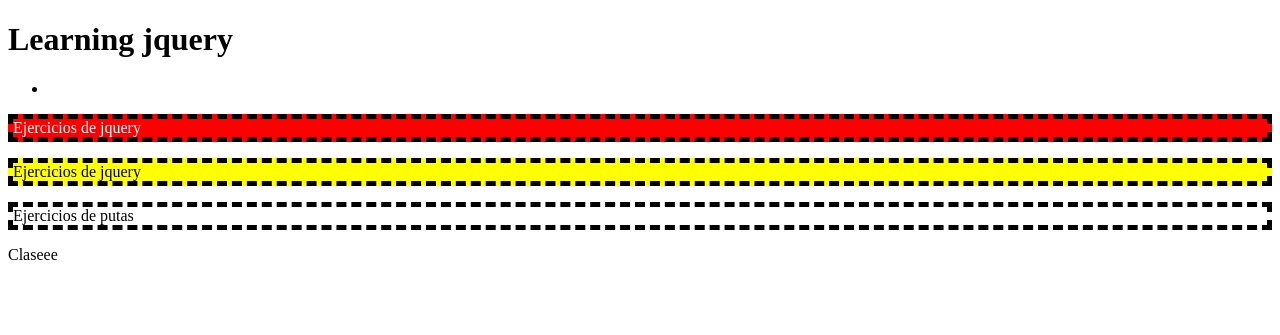
Repository: gitmadacode/practica_javascript
Page: Inicio/jquery/index.html
These files come from the project's save history. The page is drawn as it stood at one moment and after the next save; the edit follows.
The browser window is 1280 px wide. The pictures show the whole page.

Above is the page before, as saved 2019-09-13 18:51:47.

### Inicio/jquery/index.html
<!DOCTYPE html>
<html lang="en">
<head>
    <meta charset="UTF-8">
    <meta name="viewport" content="width=device-width, initial-scale=1.0">
    <meta http-equiv="X-UA-Compatible" content="ie=edge">
    <!--<script src="https://ajax.googleapis.com/ajax/libs/jquery/3.4.1/jquery.min.js"></script>--->
    <script type="text/javascript" src="../js/jquery.min.js"></script>
    <script type="text/javascript" src="../js/selectores.js"></script>
    <title>jquery</title>
    <h1>Learning jquery</h1>
    <ul>
        <li></li>
    </ul>
    <p id="rojo" class="zebra">Ejercicios de jquery</p>
    <p id="amarillo" class="zebra">Ejercicios de jquery</p>
    <p class="zebra">Ejercicios de putas</p>
    <p>Claseee</p>
</head>
<body>

</body>
</html>

### Inicio/js/selectores.js
//Un ID es un identificador unico , para muchos usamos Class

$(document).ready(function(){
    //Selector ID
    var rojo = $("#rojo").css("background","red")
                         .css("color","white");

    var amarillo = $("#amarillo").css("background","yellow");

    //Selector de clase

    var mi_clase = $('.zebra');
    mi_clase.css("border","5px dashed black");

    $('.sin_borde').click(function(){
        console.log("click dado");
        $(this).addClass('zebra');
    });

    //Selectores de etiqueta

    var parrafos = $('p');

    parrafos.click(function(){
    $(this).removeClass("zebra");
    });

    console.log(rojo);

    //Selectores de atributo


});

Loaded but not shown: Inicio/js/jquery.min.js (library)

After the next save:
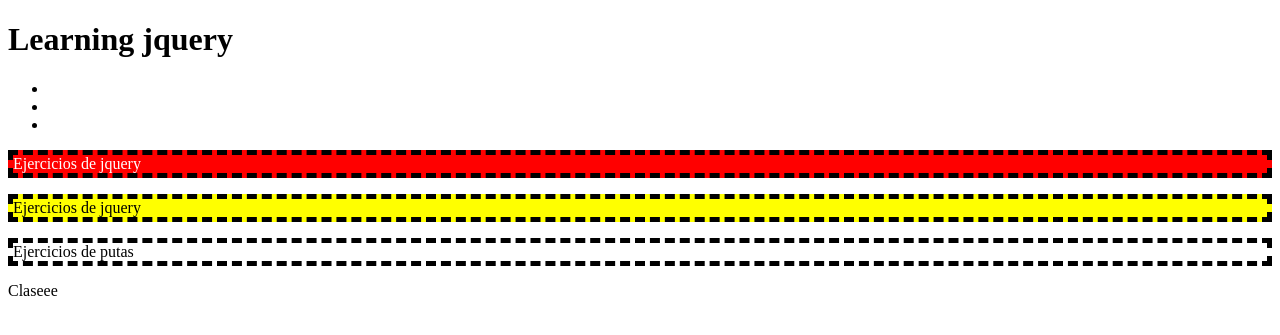
Saved 5 s later.
--- a/Inicio/jquery/index.html
+++ b/Inicio/jquery/index.html
@@ -11,6 +11,8 @@
     <h1>Learning jquery</h1>
     <ul>
         <li></li>
+        <li></li>
+        <li></li>
     </ul>
     <p id="rojo" class="zebra">Ejercicios de jquery</p>
     <p id="amarillo" class="zebra">Ejercicios de jquery</p>
